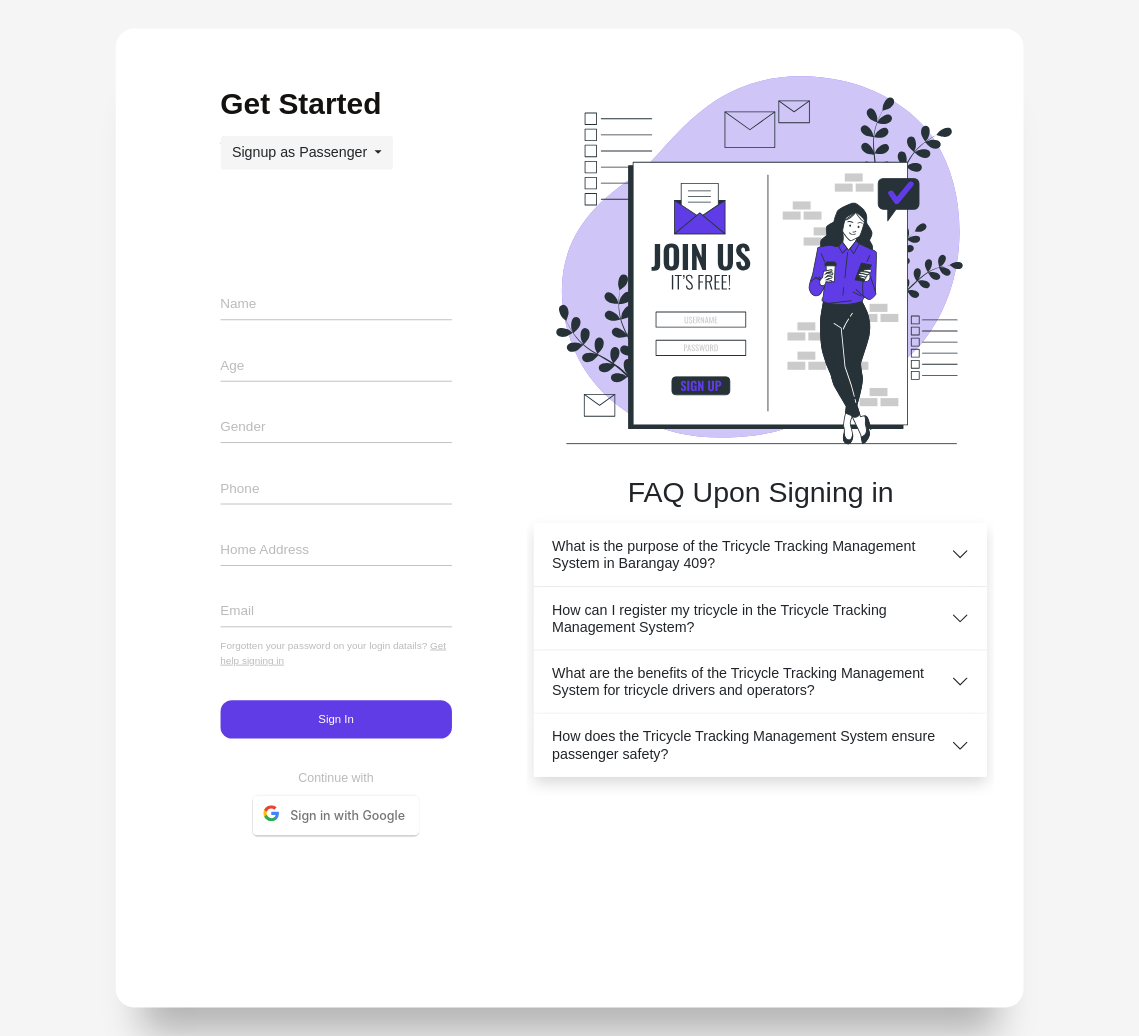
Repository: adrcstro/plate-to-place
Page: http://localhost/Loginsystem/Passenger.php
The author's editor kept a copy of each file at every save. The page is drawn from the files as they stood at one save, then again after a run of saves.
The browser window is 1280 px wide. The pictures show the whole page, at 89% of full size.
Some web fonts or font styles are not loaded; a fallback is used. Some web libraries are served in a nearby version. The page is run by PHP 8.4 with error messages shown; the project is at /var/www/html/.

Above is the page before, as saved 2023-10-31 12:51:07.

### Loginsystem/Passenger.php
<!DOCTYPE html>
<html lang="en">
<head>
    <meta charset="UTF-8">
    <meta name="viewport" content="width=device-width, initial-scale=1.0">
    <link rel="shortcut icon" type="x-icon" href="../images/webicon.png">
    <link rel="stylesheet" href="../css/bootstrap.min.css">
    <link rel="stylesheet" href="https://cdnjs.cloudflare.com/ajax/libs/font-awesome/6.3.0/css/all.min.css" integrity="sha512-SzlrxWUlpfuzQ+pcUCosxcglQRNAq/DZjVsC0lE40xsADsfeQoEypE+enwcOiGjk/bSuGGKHEyjSoQ1zVisanQ==" crossorigin="anonymous" referrerpolicy="no-referrer"/>
    <link rel="stylesheet" href="passenger.css">

    <title>Brangay409-3WHeel-Tracking-System</title>
</head>

<body>

<main>
      <div class="box">
        <div class="inner-box">
          <div class="forms-wrap">
            <form action="index.html" autocomplete="off" class="sign-in-form">

<script>
    function changeLoginType(type) {
        document.getElementById('loginDropdown').innerText = 'Login as ' + type;
    }
</script>
              <div class="heading">
                <h2>Get Started</h2>
                <h6>Already have an Account?</h6>
                <a href="#" class="toggle" data-target="img-2">Log in</a>
              </div>
              <div class="dropdown">
    <button class="btn dropdown-toggle" type="button" data-bs-toggle="dropdown" aria-expanded="false" id="loginDropdown">
        Signup as Passenger
    </button>
    <ul class="dropdown-menu">
        <li><a class="dropdown-item" href="Passenger.php" onclick="changeLoginType('Passenger')">Passenger</a></li>
        <li><a class="dropdown-item" href="Driverlogin.php" onclick="changeLoginType('Driver')">Driver</a></li>

    </ul>
</div>
<div class="formsignin">



              <div class="actual-form">
                <div class="input-wrap">
                  <input
                    type="text"
                    minlength="4"
                    class="input-field"
                    autocomplete="off"
                    required
                  />
                  <label>Name</label>
                </div>

                <div class="input-wrap">
                  <input
                    type="password"
                    minlength="4"
                    class="input-field"
                    autocomplete="off"
                    required
                  />
                  <label>Age</label>
                </div>

                <div class="input-wrap">
                  <input
                    type="text"
                    minlength="4"
                    class="input-field"
                    autocomplete="off"
                    required
                  />
                  <label>Gender</label>
                </div>

                <div class="input-wrap">
                  <input
                    type="text"
                    minlength="4"
                    class="input-field"
                    autocomplete="off"
                    required
                  />
                  <label>Phone</label>
                </div>
                <div class="input-wrap">
                  <input
                    type="text"
                    minlength="4"
                    class="input-field"
                    autocomplete="off"
                    required
                  />
                  <label>Home Address</label>
                </div>

                <div class="input-wrap">
                  <input
                    type="text"
                    minlength="4"
                    class="input-field"
                    autocomplete="off"
                    required
                  />
                  <label>Email</label>
                </div>

                <p class="text">
                  Forgotten your password on your login datails?

                  <a href="Forgotpassword.php" data-target="img-2">Get help signing in</a>
                </p>
                <input type="submit" value="Sign In" class="sign-btn" />
                <h5 id="textcon">Continue with</h5>
                <button type="button" class="login-with-google-btn" >
                Sign in with Google
                 </button>
              </div>
              </div>
            </form>


          </div>
          <div class="carousel">
  <div class="images-wrapper">
    <img src="../images/Signup.svg" class="image img-2 show" alt="" />
  </div>

  <div class="col-md-12">
         <h2 class="mt-2 text-center" id="FAQ">FAQ Upon Signing in</h2>
         <div class="accordion accordion-flush p-2" id="accordionFlushExample">
          <div class="accordion-item bg-white shadow">
            <h2 class="accordion-header">
              <button class="accordion-button collapsed" type="button" data-bs-toggle="collapse" data-bs-target="#flush-collapseOne" aria-expanded="false" aria-controls="flush-collapseOne">
                What is the purpose of the Tricycle Tracking Management System in Barangay 409?
              </button>
            </h2>
            <div id="flush-collapseOne" class="accordion-collapse collapse" data-bs-parent="#accordionFlushExample">
              <div class="accordion-body">The Tricycle Tracking Management System aims to streamline tricycle operations and ensure passenger safety and efficient transportation services within the barangay.</div>
            </div>
          </div>
          <div class="accordion-item shadow">
            <h2 class="accordion-header">
              <button class="accordion-button collapsed" type="button" data-bs-toggle="collapse" data-bs-target="#flush-collapseTwo" aria-expanded="false" aria-controls="flush-collapseTwo">
                How can I register my tricycle in the Tricycle Tracking Management System?
              </button>
            </h2>
            <div id="flush-collapseTwo" class="accordion-collapse collapse" data-bs-parent="#accordionFlushExample">
              <div class="accordion-body">To register your tricycle, visit the barangay office and submit the required documents, including the tricycle's registration papers, driver's license, and other necessary permits.</div>
            </div>
          </div>
          <div class="accordion-item shadow">
            <h2 class="accordion-header">
              <button class="accordion-button collapsed" type="button" data-bs-toggle="collapse" data-bs-target="#flush-collapseThree" aria-expanded="false" aria-controls="flush-collapseThree">
                What are the benefits of the Tricycle Tracking Management System for tricycle drivers and operators?
              </button>
            </h2>
            <div id="flush-collapseThree" class="accordion-collapse collapse" data-bs-parent="#accordionFlushExample">
              <div class="accordion-body">The system provides improved transparency in fare collection, enhances security measures for both drivers and passengers, and facilitates better route planning, leading to increased efficiency and profitability for tricycle operators.
              </div>
            </div>
          </div>

          <div class="accordion-item shadow">
            <h2 class="accordion-header">
              <button class="accordion-button collapsed" type="button" data-bs-toggle="collapse" data-bs-target="#flush-collapseFour" aria-expanded="false" aria-controls="flush-collapseFour">
                How does the Tricycle Tracking Management System ensure passenger safety?
              </button>
            </h2>
            <div id="flush-collapseFour" class="accordion-collapse collapse" data-bs-parent="#accordionFlushExample">
              <div class="accordion-body">The system integrates safety measures such as  Report Management, Legal Action Provider, and driver identification features, which enable swift responses to any emergency situations during tricycle rides.</div>
            </div>
          </div>



        </div>
         </div>


</div>
        </div>
      </div>
    </main>



</body>
<script src="../js/bootstrap.bundle.js"></script>
    <script src="login.js"></script>

</html>

### Loginsystem/passenger.css
@import url("https://fonts.googleapis.com/css2?family=Poppins:wght@200;300;400;500;600;700;800&display=swap");
@import url('https://fonts.googleapis.com/css2?family=Advent+Pro:wght@200&display=swap');
@import url('https://fonts.googleapis.com/css2?family=Advent+Pro:wght@200&family=Montserrat+Alternates&display=swap');
@import url('http://fonts.googleapis.com/css?family=Open+Sans:400,700');
*,
*::before,
*::after {
  padding: 0;
  margin: 0;
  box-sizing: border-box;
}
#textcon{
  padding: 4px;
  text-align: center;
  color: #bababa;
  font-size: 14px;
}
.login-with-google-btn {
  transition: background-color .3s, box-shadow .3s;
  padding: 12px 16px 12px 42px;
  border: none;
  border-radius: 5px;
  box-shadow: 0 -1px 0 rgba(0, 0, 0, .04), 0 1px 1px rgba(0, 0, 0, .25);
  display: block;
    margin: auto;
  color: #757575;
  font-size: 14px;
  font-weight: 500;
  font-family: -apple-system,BlinkMacSystemFont,"Segoe UI",Roboto,Oxygen,Ubuntu,Cantarell,"Fira Sans","Droid Sans","Helvetica Neue",sans-serif;

  background-image: url(data:[embedded picture, 822 characters]);
  background-color: white;
  background-repeat: no-repeat;
  background-position: 12px 11px;

  &:hover {
    background-color: #f3f3f3b6;
  }

  &:active {
    background-color: #eeeeee;
  }
}
  &:focus {
    outline: none;
    box-shadow:
      0 -1px 0 rgba(0, 0, 0, .04),
      0 2px 4px rgba(0, 0, 0, .25),
      0 0 0 3px #c8dafc;
  }

.logo {
  text-align: center;
}
.logo br {
  font-size: 1px; /* Adjust the font size as per your requirement */
}
body,
input {
  font-family: 'Montserrat Alternates', sans-serif;

}
#loginDropdown{
  background-color: whitesmoke;
}

main {
  width: 100%;
  min-height: 100vh;
  overflow: hidden;
  background-color: whitesmoke;
  padding: 2rem;
  display: flex;
  align-items: center;
  justify-content: center;
}

.box {
  position: relative;
  width: 100%;
  max-width: 1020px;
  height: 1100px;
  background-color: #fff;
  border-radius: 1.3rem;
  box-shadow: 0 60px 40px -30px rgba(0, 0, 0, 0.27);
}

.inner-box {
  position: absolute;
  width: calc(100% - 4.1rem);
  height: calc(100% - 4.1rem);
  top: 50%;
  left: 50%;
  transform: translate(-50%, -50%);
}

.forms-wrap {
  position: absolute;
  height: 100%;
  width: 45%;
  top: 0;
  left: 0;
  display: grid;
  grid-template-columns: 1fr;
  grid-template-rows: 1fr;
  transition: 0.8s ease-in-out;
}

form {
  max-width: 260px;
  width: 100%;
  margin: 0 auto;
  height: 100%;
  display: flex;
  flex-direction: column;
  justify-content: space-evenly;
  grid-column: 1 / 2;
  grid-row: 1 / 2;
  transition: opacity 0.02s 0.4s;
  border: #aaa;
}

form.sign-up-form {
  opacity: 0;
  pointer-events: none;

}

.logo {
  display: flex;
  align-items: center;
}


.logo h4 {
  font-size: 1.1rem;
  margin-top: -9px;
  letter-spacing: -0.5px;
  color: #151111;
}

.heading h2 {
  font-size: 2.1rem;
  font-weight: 600;
  color: #151111;
}

.heading h6 {
  color: #bababa;
  font-weight: 400;
  font-size: 0.75rem;
  display: inline;
}

.toggle {
  color: #151111;
  text-decoration: none;
  font-size: 0.75rem;
  font-weight: 500;
  transition: 0.3s;
}

.toggle:hover {
  color: #8371fd;
}

.input-wrap {
  position: relative;
  height: 37px;
  margin-bottom: 2rem;
}

.input-field {
  position: absolute;
  width: 100%;
  height: 100%;
  background: none;
  border: none;
  outline: none;
  border-bottom: 1px solid #bbb;
  padding: 0;
  font-size: 0.95rem;
  color: #151111;
  transition: 0.4s;
}

label {
  position: absolute;
  left: 0;
  top: 50%;
  transform: translateY(-50%);
  font-size: 0.95rem;
  color: #bbb;
  pointer-events: none;
  transition: 0.4s;
}

.input-field.active {
  border-bottom-color: #151111;
}

.input-field.active + label {
  font-size: 0.75rem;
  top: -2px;
}
.logtext{
  margin-top: -1rem;
}
.sign-btn {
  display: inline-block;
  width: 100%;
  height: 43px;
  background-color: #603ce6;
  color: #fff;
  border: none;
  cursor: pointer;
  border-radius: 0.8rem;
  font-size: 0.8rem;
  margin-bottom: 2rem;
  transition: 0.3s;
}
.show {
  display: block;
}

.FAQESTION{
  margin-top: -3rem;
}



.hide {
  display: none;
}

.sign-btn:hover {
  background-color: #6a5cc4;
}

.text {
  color: #bbb;
  font-size: 0.7rem;
  transform: translateY(-20px);
}

.text a {
  color: #bbb;
  transition: 0.3s;

}




.text a:hover {
  color: #8371fd;
}

main.sign-up-mode form.sign-in-form {
  opacity: 0;
  pointer-events: none;
}

main.sign-up-mode form.sign-up-form {
  opacity: 1;
  pointer-events: all;
}

main.sign-up-mode .forms-wrap {
  left: 55%;
}

main.sign-up-mode .carousel {
  left: 0%;
}

.carousel {
  position: absolute;
  height: 100%;
  width: 55%;
  left: 45%;
  top: 0;
  background-color: white;
  border-radius: 2rem;
  display: grid;
  grid-template-rows: auto 1fr;
  padding-bottom: 2rem;
  overflow: hidden;
  transition: 0.8s ease-in-out;
}

.images-wrapper {
  display: grid;
  grid-template-columns: 1fr;
  grid-template-rows: 1fr;
}
.hide {
  display: none;
}
.image {
  width: 100%;
 height: 90%;
  grid-column: 1/2;
  grid-row: 1/2;
  opacity: 0;
  transition: opacity 0.3s, transform 0.5s;
}

.img-1 {
  transform: translate(0, -50px);
}

.img-2 {
  transform: scale(0.4, 0.5);
}

.img-3 {
  transform: scale(0.3) rotate(-20deg);
}

.image.show {
  opacity: 1;
  transform: none;
}

.text-slider {
  display: flex;
  align-items: center;
  justify-content: center;
  flex-direction: column;
margin-top: -4rem;

}

.text-wrap {
  max-height: 3.1rem;
  overflow: hidden;
  margin-bottom: 2.3rem;
}

.text-group {
  display: flex;
  flex-direction: column;
  text-align: center;
  transform: translateY(0);
  transition: 0.5s;
}

.text-group h2 {
  line-height: 2.2rem;
  font-weight: 600;
  font-size: 1.6rem;
}

.bullets {
  display: flex;
  align-items: center;
  justify-content: center;
  margin-top: -2.4rem;
}

.bullets span {
  display: block;
  width: 0.5rem;
  height: 0.5rem;
  background-color: #aaa;
  margin: 0 0.25rem;
  border-radius: 50%;
  cursor: pointer;
  transition: 0.3s;
}
.dropdown{
  margin-top: -7rem;
}
.actual-form{
  margin-top: -6rem;
}
.bullets span.active {
  width: 1.1rem;
  background-color: #151111;
  border-radius: 1rem;
}
.actual-form{
  margin-top: 20px;
  }
  .col-md-12{
    margin-top: -4rem;
  }

  .sign-in-form{
    margin-top: -4rem;
  }
.formsignin{
  margin-top: 1rem;
}

@media (max-width: 850px) {
  .box {
    height: auto;
    max-width: 550px;
    overflow: hidden;
  }

  .inner-box {
    position: static;
    transform: none;
    width: revert;
    height: revert;
    padding: 2rem;
  }

  .forms-wrap {
    position: revert;
    width: 100%;
    height: auto;
  }

  form {
    max-width: revert;
    padding: 1.5rem 2.5rem 2rem;
    transition: transform 0.8s ease-in-out, opacity 0.45s linear;
  }

  .heading {
    margin: 2rem 0;
  }

  form.sign-up-form {
    transform: translateX(100%);
  }

  main.sign-up-mode form.sign-in-form {
    transform: translateX(-100%);
  }

  main.sign-up-mode form.sign-up-form {
    transform: translateX(0%);
  }

  .carousel {
    position: revert;
    height: auto;
    width: 100%;
    padding: 3rem 2rem;
    display: flex;
  }

  .images-wrapper {
    display: none;
  }

  .text-slider {
    width: 100%;
  }

  .text-slider{
    margin-top: 3rem;
}
.actual-form{
margin-top: 2rem;
}
.col-md-12{
  margin-top: -3rem;
}
.dropdown{
  margin-top: -1rem;
}
.sign-in-form{
  margin-top: -1rem;
}

.formsignin{
  margin-top: 1rem;
}


}

@media (max-width: 528px) {
  main {
    padding: 1rem;
  }

  .box {
    border-radius: 2rem;
  }

  .inner-box {
    padding: 1rem;
  }

  .carousel {
    padding: 1.5rem 1rem;
    border-radius: 1.6rem;
  }

  .text-wrap {
    margin-bottom: 1rem;
  }

  .text-group h2 {
    font-size: 1.2rem;
  }

  form {
    padding: 1rem 2rem 1.5rem;
  }

  .bullets{
    margin-top: -1rem;
}
.col-md-12{
  margin-top: 1rem;
}


}








@media (max-width: 390px) {
    .text-slider{
        margin-top: 2rem;
    }

}

### Loginsystem/login.js
const inputs = document.querySelectorAll(".input-field");
const toggle_btn = document.querySelectorAll(".toggle");
const main = document.querySelector("main");
const bullets = document.querySelectorAll(".bullets span");
const images = document.querySelectorAll(".image");

inputs.forEach((inp) => {
  inp.addEventListener("focus", () => {
    inp.classList.add("active");
  });
  inp.addEventListener("blur", () => {
    if (inp.value != "") return;
    inp.classList.remove("active");
  });
});

toggle_btn.forEach((btn) => {
  btn.addEventListener("click", () => {
    main.classList.toggle("sign-up-mode");
  });
});

function moveSlider() {
  let index = this.dataset.value;

  let currentImage = document.querySelector(`.img-${index}`);
  images.forEach((img) => img.classList.remove("show"));
  currentImage.classList.add("show");

  const textSlider = document.querySelector(".text-group");
  textSlider.style.transform = `translateY(${-(index - 1) * 2.2}rem)`;

  bullets.forEach((bull) => bull.classList.remove("active"));
  this.classList.add("active");
}

bullets.forEach((bullet) => {
  bullet.addEventListener("click", moveSlider);
});

document.addEventListener('DOMContentLoaded', function () {
  const toggleLinks = document.querySelectorAll('.toggle');
  toggleLinks.forEach(function(toggleLink) {
    toggleLink.addEventListener('click', function (event) {
      event.preventDefault();
      const targetId = toggleLink.getAttribute('data-target');
      const textSlider = document.querySelector('.text-group');
      if (targetId === 'img-1') {
        const targetText = 'Get Started';
        textSlider.innerHTML = `<h2>${targetText}</h2>`;
      } else if (targetId === 'img-2') {
        const targetText = 'Join us';
        textSlider.innerHTML = `<h2>${targetText}</h2>`;
      }
    });
  });
});

Loaded but not shown: css/bootstrap.min.css (library); js/bootstrap.bundle.js (library); Images/Signup.svg (1 lines, source omitted)

After the next 2 saves:
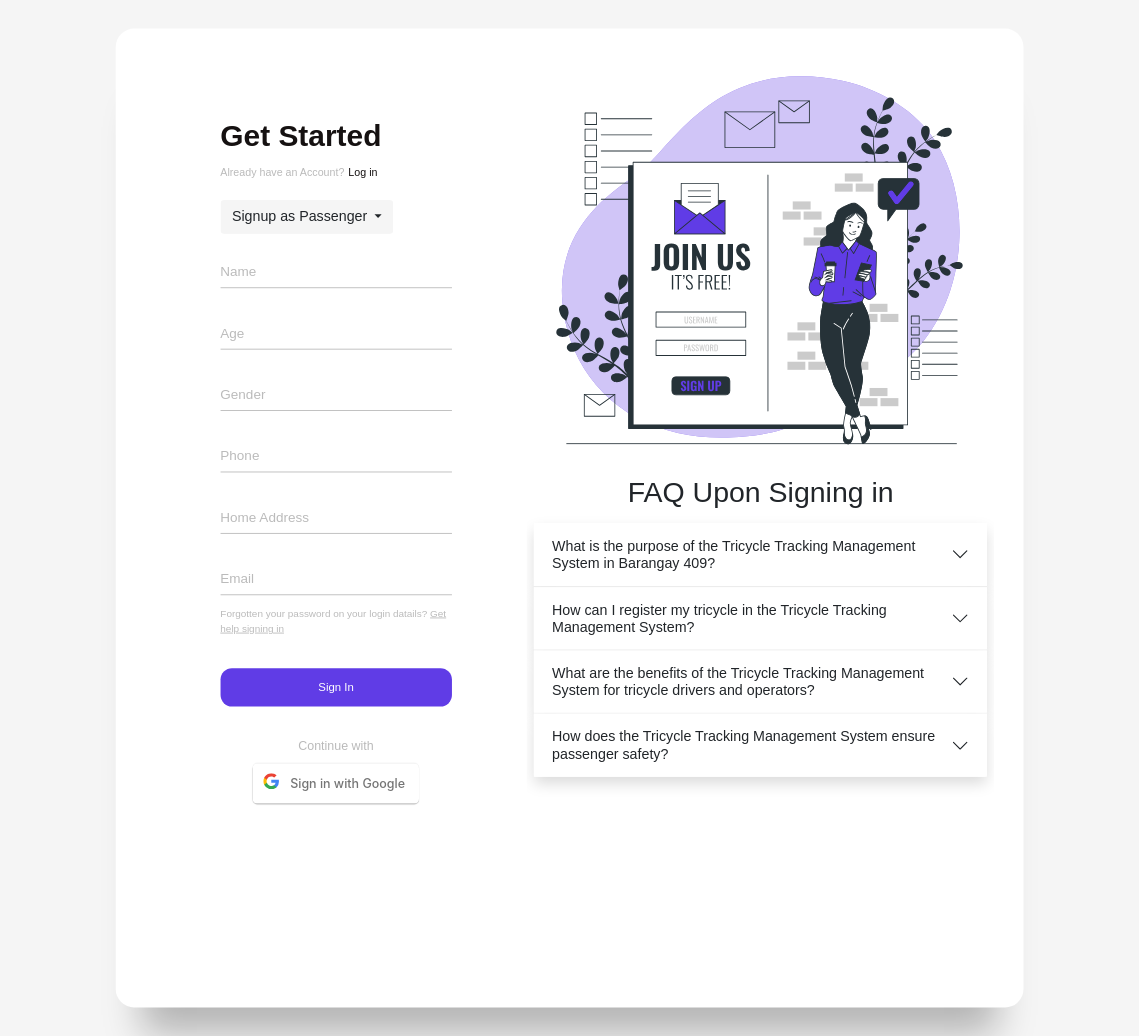
The 2 saves are shown as one change because they came seconds apart.
The last was saved 10 s later.
--- a/Loginsystem/passenger.css
+++ b/Loginsystem/passenger.css
@@ -391,7 +391,7 @@ margin-top: -4rem;
     margin-top: -4rem;
   }
 .formsignin{
-  margin-top: 1rem;
+  margin-top: -8rem;
 }
 
 @media (max-width: 850px) {
